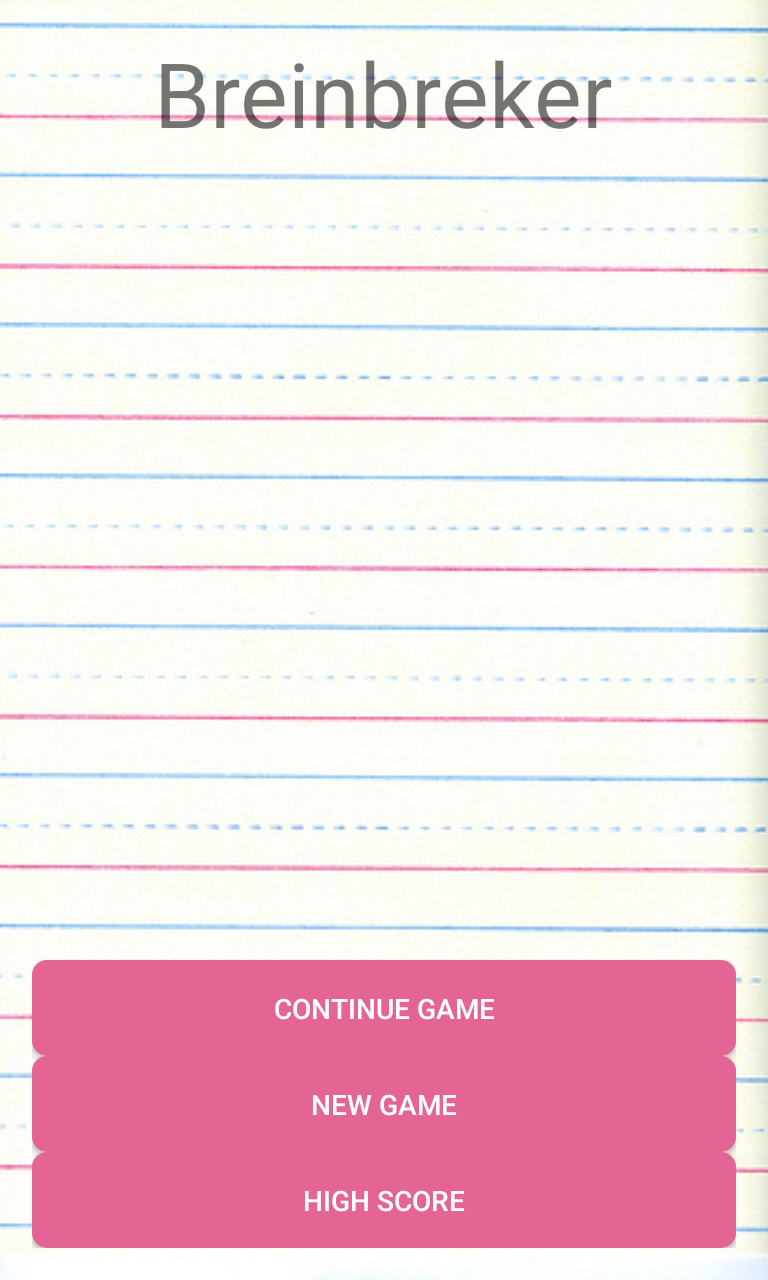
Repository: jelleswester/Breinbreker
Layout: Breinbreker/res/layout/activity_start_screen.xml
The author's editor kept a copy of each file at every save. The layout is drawn from the files as they stood at one save, then again after the next save.
It is drawn on a 768 x 1280 px phone screen (xhdpi) without system bars, with theme AppTheme; the app's code is not run.

Above is the layout before, as saved 2015-01-22 21:09:32.

After the next save:
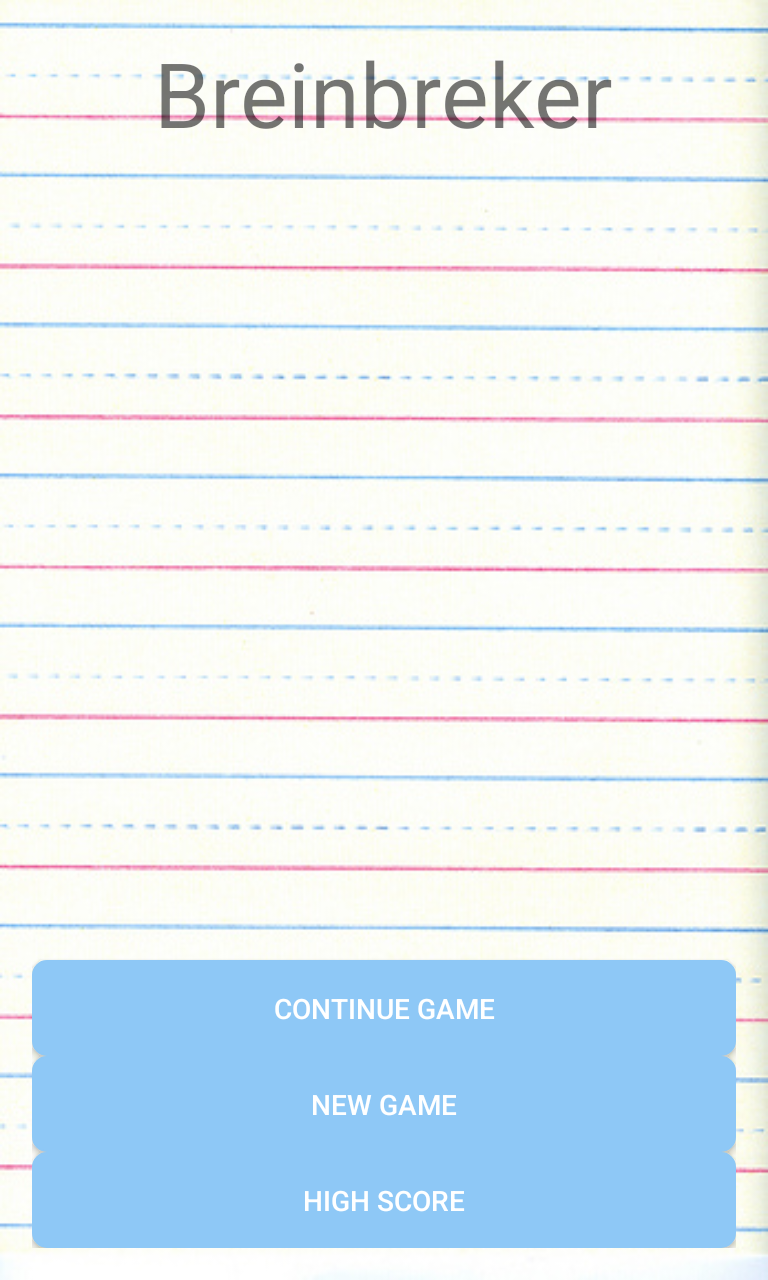
Saved 67 s later.
--- a/Breinbreker/res/drawable-hdpi/button_shape.xml
+++ b/Breinbreker/res/drawable-hdpi/button_shape.xml
@@ -3,7 +3,7 @@
     xmlns:android="http://schemas.android.com/apk/res/android">
     <stroke
         android:width="1dp"
-        android:color="#E46495"/>
+        android:color="#8EC8F6"/>
     <corners
         android:radius="7dp" />
 
@@ -13,6 +13,6 @@
         android:top="1dp"
         android:bottom="1dp"/>
 
-    <solid android:color="#E46495"/>
+    <solid android:color="#8EC8F6"/>
 
 </shape>

After the save that followed:
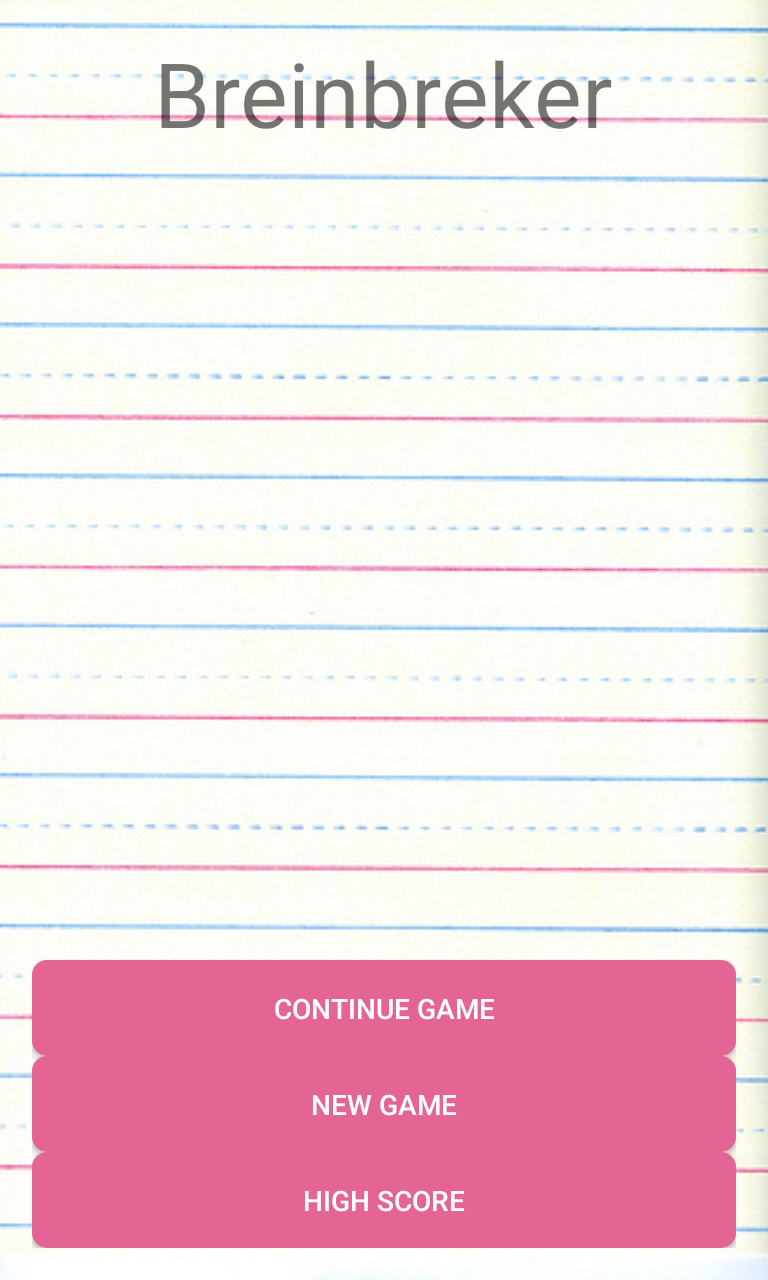
Saved 24 s later.
--- a/Breinbreker/res/drawable-hdpi/button_shape.xml
+++ b/Breinbreker/res/drawable-hdpi/button_shape.xml
@@ -3,7 +3,7 @@
     xmlns:android="http://schemas.android.com/apk/res/android">
     <stroke
         android:width="1dp"
-        android:color="#8EC8F6"/>
+        android:color="#E46495"/>
     <corners
         android:radius="7dp" />
 
@@ -13,6 +13,6 @@
         android:top="1dp"
         android:bottom="1dp"/>
 
-    <solid android:color="#8EC8F6"/>
+    <solid android:color="#E46495"/>
 
 </shape>
